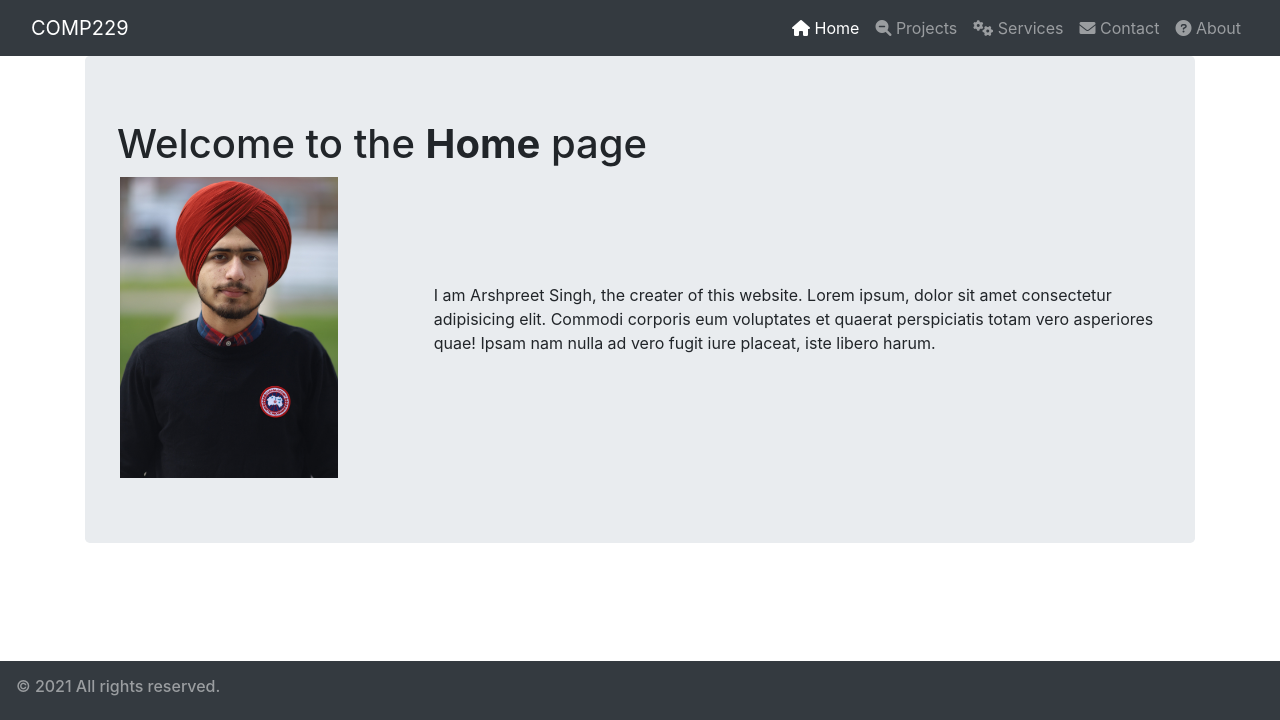
Repository: arsh16/week3_demo2
Page: http://localhost/
An editor plug-in stored every save of this project. The page is shown before and after the next save, followed by the edit.
The browser window is 1280 px wide. The pictures show the whole page.
Some web libraries are served in a nearby version. The page is served by the project's Node server (server.js). Other server files are loaded and not shown.

Above is the page before, as saved 2021-09-30 17:54:19.

### views/index.ejs
<%-include partials/header.ejs%>

<%-include partials/main_nav.ejs%>

  <main class="container">
    <div class="jumbotron">
    <h1>Welcome to the <b><%= title %></b> page</h1>
          <%-include contents/home.ejs%>

  </div>
  </main>


<%-include partials/bottom_nav.ejs%>

<%-include partials/footer.ejs%>

### views/partials/header.ejs
<!DOCTYPE html>
<html lang="en">
<head>
  <meta charset="UTF-8">
  <meta http-equiv="X-UA-Compatible" content="IE=edge">
  <meta name="viewport" content="width=device-width, initial-scale=1.0">
  <title><%= title %> page</title>

  <!--css-->
  <link rel='stylesheet' href='/Content/app.css' />

<!--These stylesheets were saying 404 in console-->

  <!--<link rel="stylesheet" href="/bootstrap/dist/bootstrap.min.css">
  <link rel="stylesheet" href='/@fortawesome/fontawesome-free/css/all.min.css'-->

  <link rel="stylesheet" href="https://cdn.jsdelivr.net/npm/bootstrap@4.6.0/dist/css/bootstrap.min.css" integrity="sha384-B0vP5xmATw1+K9KRQjQERJvTumQW0nPEzvF6L/Z6nronJ3oUOFUFpCjEUQouq2+l" crossorigin="anonymous">
 <link rel="stylesheet" href="https://cdnjs.cloudflare.com/ajax/libs/font-awesome/6.0.0-beta2/css/all.min.css" integrity="sha512-YWzhKL2whUzgiheMoBFwW8CKV4qpHQAEuvilg9FAn5VJUDwKZZxkJNuGM4XkWuk94WCrrwslk8yWNGmY1EduTA==" crossorigin="anonymous" referrerpolicy="no-referrer" />


</head>
<body>

### views/partials/main_nav.ejs
 <!--main nav-->
  <nav class="navbar navbar-expand-lg navbar-dark bg-dark">
    <div class="container-fluid">
      <a class="navbar-brand" href="/home">COMP229</a>
      <button class="navbar-toggler" type="button" data-bs-toggle="collapse" data-bs-target="#navbarSupportedContent" aria-controls="navbarSupportedContent" aria-expanded="false" aria-label="Toggle navigation">
        <span class="navbar-toggler-icon"></span>
      </button>

      <div class="collapse navbar-collapse" id="navbarSupportedContent">
        <ul class="navbar-nav ml-auto mb-2 mb-lg-0">

          <% if (title=="Home"){%>
          <li class="nav-item active"><%}
          else {%>
              <li class="nav-item"><% }%>

            <a class="nav-link" aria-current="page" href="/home"><i class="fas fa-home"></i> Home </a>
          </li>

          <% if (title=="Projects"){%>
          <li class="nav-item active"><%}
          else {%>
              <li class="nav-item"><% }%>
            <a class="nav-link" href="/projects"><i class="fas fa-search-minus"></i> Projects </a>
          </li>

          <% if (title=="Services"){%>
          <li class="nav-item active"><%}
          else {%>
              <li class="nav-item"><% }%>
            <a class="nav-link" href="/services"><i class="fas fa-cogs"></i> Services </a>
          </li>

          <% if (title=="Contact"){%>
          <li class="nav-item active"><%}
          else {%>
              <li class="nav-item"><% }%>
            <a class="nav-link" href="/contact"><i class="fas fa-envelope"></i> Contact </a>
          </li>

          <% if (title=="About"){%>
          <li class="nav-item active"><%}
          else {%>
              <li class="nav-item"><% }%>
            <a class="nav-link" href="/about"><i class="fas fa-question-circle"></i> About </a>


        </ul>

      </div>
    </div>
  </nav>

### views/contents/home.ejs
<table>
    <th>
        <td style="width: 30%">
            <img src="\Assets\images\arsh.jpg" width="70%" >
        </td>
        <td>
            <p >I am Arshpreet Singh, the creater of this website. Lorem ipsum, dolor sit amet consectetur adipisicing elit. Commodi corporis eum voluptates et quaerat perspiciatis totam vero asperiores quae! Ipsam nam nulla ad vero fugit iure placeat, iste libero harum. </p>
        </td>
    </th>
</table>

### views/partials/bottom_nav.ejs
<!--bottom nav-->
<footer class="container">
    <nav class="navbar fixed-bottom navbar-dark bg-dark">
    <h6 class="navbar-text">&copy; 2021 All rights reserved.</h6>
    </nav>
</footer>

### views/partials/footer.ejs
  <!--scripts-->

  <script src="https://ajax.googleapis.com/ajax/libs/jquery/2.1.1/jquery.min.js"></script>
 <!-- <script src="/jquery/dist/jquery.min.js"></script>-->
  <script src="/Scripts/app.js"></script>
</body>
</html>

### server.js
#!/usr/bin/env node

/**
 * Module dependencies.
 */

var app = require('./app');
var debug = require('debug')('assignment1:server');
var http = require('http');

/**
 * Get port from environment and store in Express.
 */

var port = normalizePort(process.env.PORT || '3000');
app.set('port', port);

/**
 * Create HTTP server.
 */

var server = http.createServer(app);

/**
 * Listen on provided port, on all network interfaces.
 */

server.listen(port);
server.on('error', onError);
server.on('listening', onListening);

/**
 * Normalize a port into a number, string, or false.
 */

function normalizePort(val) {
  var port = parseInt(val, 10);

  if (isNaN(port)) {
    // named pipe
    return val;
  }

  if (port >= 0) {
    // port number
    return port;
  }

  return false;
}

/**
 * Event listener for HTTP server "error" event.
 */

function onError(error) {
  if (error.syscall !== 'listen') {
    throw error;
  }

  var bind = typeof port === 'string'
    ? 'Pipe ' + port
    : 'Port ' + port;

  // handle specific listen errors with friendly messages
  switch (error.code) {
    case 'EACCES':
      console.error(bind + ' requires elevated privileges');
      process.exit(1);
      break;
    case 'EADDRINUSE':
      console.error(bind + ' is already in use');
      process.exit(1);
      break;
    default:
      throw error;
  }
}

/**
 * Event listener for HTTP server "listening" event.
 */

function onListening() {
  var addr = server.address();
  var bind = typeof addr === 'string'
    ? 'pipe ' + addr
    : 'port ' + addr.port;
  debug('Listening on ' + bind);
}

### routes/index.js
var express = require('express');
var router = express.Router();

/* GET home page. */
router.get('/', function(req, res, next) {
  res.render('index', { title: 'Home', page: 'home' });
});

router.get('/home', function(req, res, next) {
  res.render('index', { title: 'Home',  page: 'home'});
});


router.get('/about', function(req, res, next) {
  res.render('index', { title: 'About',  page: 'about'});
});

router.get('/projects', function(req, res, next) {
  res.render('index', { title: 'Projects',  page: 'projects'});
});

router.get('/services', function(req, res, next) {
  res.render('index', { title: 'Services', page: 'services' });
});

router.get('/contact', function(req, res, next) {
  res.render('index', { title: 'Contact', page: 'contact' });
});

module.exports = router;

### app.js
let createError = require('http-errors');
let express = require('express');
let path = require('path');
let cookieParser = require('cookie-parser');
let logger = require('morgan');

let indexRouter = require('./routes/index');
let usersRouter = require('./routes/users');

let app = express();

// view engine setup
app.set('views', path.join(__dirname, 'views'));
app.set('view engine', 'ejs');

app.use(logger('dev'));
app.use(express.json());
app.use(express.urlencoded({ extended: false }));
app.use(cookieParser());
app.use(express.static(path.join(__dirname, 'public')));

app.use('/', indexRouter);
app.use('/users', usersRouter);

// catch 404 and forward to error handler
app.use(function(req, res, next) {
  next(createError(404));
});

// error handler
app.use(function(err, req, res, next) {
  // set locals, only providing error in development
  res.locals.message = err.message;
  res.locals.error = req.app.get('env') === 'development' ? err : {};

  // render the error page
  res.status(err.status || 500);
  res.render('error', {title: 'Error'});
});

module.exports = app;

### public/Content/app.css
/*-custom css--*/

### public/Scripts/app.js
/*IIFE*/

(function()
{
    function Start()
    {
        console.log("App started...");
    }
    window.addEventListener("load", Start);
})();

After the next save:
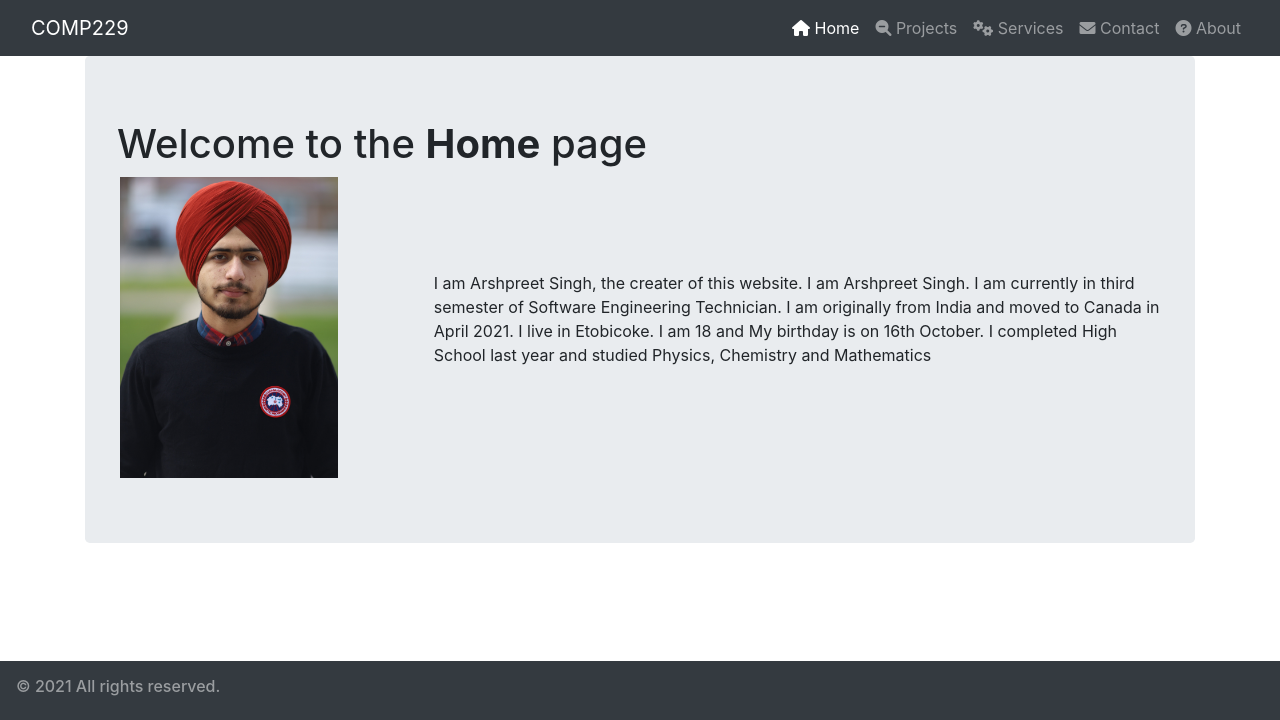
Saved 61 s later.
--- a/views/contents/home.ejs
+++ b/views/contents/home.ejs
@@ -4,7 +4,10 @@
             <img src="\Assets\images\arsh.jpg" width="70%" >
         </td>
         <td>
-            <p >I am Arshpreet Singh, the creater of this website. Lorem ipsum, dolor sit amet consectetur adipisicing elit. Commodi corporis eum voluptates et quaerat perspiciatis totam vero asperiores quae! Ipsam nam nulla ad vero fugit iure placeat, iste libero harum. </p>
+            <p >I am Arshpreet Singh, the creater of this website. I am Arshpreet Singh. I am currently in third semester of Software Engineering Technician.
+                I am originally from India and moved to Canada in April 2021. I live in Etobicoke.
+                I am 18 and My birthday is on 16th October.
+                I completed High School last year and studied Physics, Chemistry and Mathematics </p>
         </td>
     </th>
 </table>
